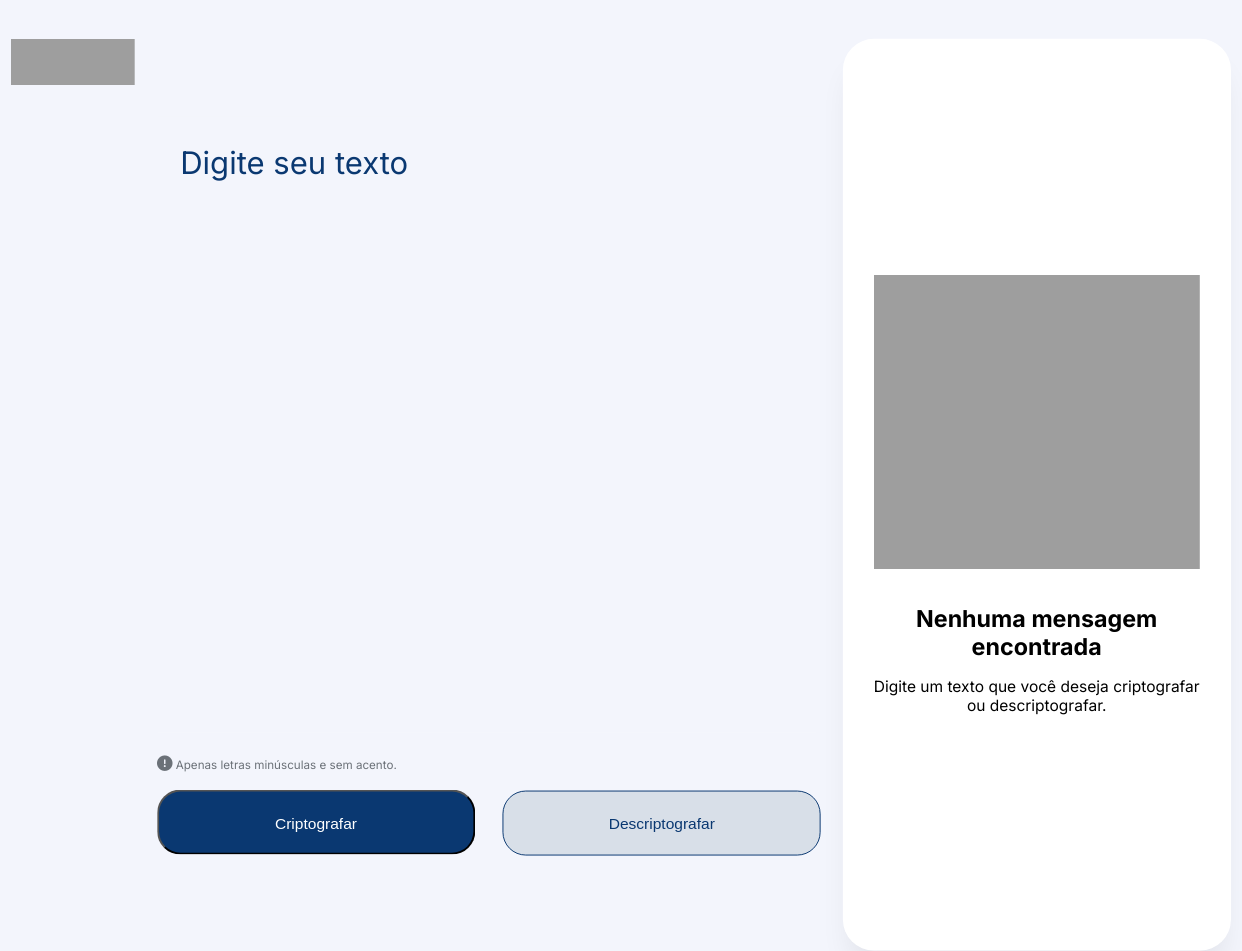
Repository: CarlosEduardoVdeOliveira/descodificador-de-texto
Page: index.html
An editor plug-in stored every save of this project. The page is shown before and after the next save, followed by the edit.
The browser window is 1280 px wide. The pictures show the whole page, at 97% of full size.
Pictures or frames that could not be fetched are drawn as grey boxes.

Above is the page before, as saved 2023-04-12 08:44:04.

### index.html
<!DOCTYPE html>
<html lang="en">
<head>
   <meta charset="UTF-8">
   <link rel="preconnect" href="https://fonts.googleapis.com">
   <link rel="preconnect" href="https://fonts.gstatic.com" crossorigin>
   <meta http-equiv="X-UA-Compatible" content="IE=edge">
   <meta name="viewport" content="width=device-width, initial-scale=1.0">
   <link href="https://fonts.googleapis.com/css2?family=Inter:wght@400;700&display=swap" rel="stylesheet">
   <link rel="stylesheet" href="https://cdnjs.cloudflare.com/ajax/libs/font-awesome/6.4.0/css/all.min.css" integrity="sha512-iecdLmaskl7CVkqkXNQ/ZH/XLlvWZOJyj7Yy7tcenmpD1ypASozpmT/E0iPtmFIB46ZmdtAc9eNBvH0H/ZpiBw==" crossorigin="anonymous" referrerpolicy="no-referrer" />
   <link rel="stylesheet" href="/public/styles/reset.css">
   <link rel="stylesheet" href="/public/styles/index.css">
   <title>Decodificador</title>
</head>
<body>
   <header>
   </header>
   <main>
      <img src="/public/images/imageLogo.png"
         alt="letra a da logo da escola de programação Alura">
      <div class="frist-area">
         <textarea placeholder="Digite seu texto" autofocus></textarea>
         <span>
            <i class="fa-solid fa-circle-exclamation"></i>
            Apenas letras minúsculas e sem acento.
         </span>
         <div>
            <button class="button-cryptography">Criptografar</button>
            <button class="button-decryption">Descriptografar</button>
         </div>
      </div>
      <div class="highlight">
         <img src="/public/images/imageHighLight.svg" alt="">
         <div>
            <h2>Nenhuma mensagem encontrada</h2>
            <p>
               Digite um texto que você deseja criptografar ou descriptografar.
            </p>
         </div>
      </div>
   </main>
</body>
</html>

### public/styles/reset.css
*{
   margin: 0;
   padding: 0;
   box-sizing: border-box;

}
:root{
   --light-gray: #D8DFE8;
   --gray-100: #CED4DA;
   --gray-200: #ADB5BD;
   --gray-300: #868E96;
   --gray-400: #495057;
   --gray-500: #343A40;
   --light-blue-100: #F3F5FC;
   --light-blue-200: #EFF1FA;
   --light-blue-300: #E9ECF8;
   --light-blue-400: #AAB2D5;
   --light-blue-500: #757FB2;
   --dark-blue-100: #609ED4;
   --dark-blue-200: #356EA9;
   --dark-blue-300: #0A3871;
   --dark-blue-400: #072B61;
   --dark-blue-500: #052051;
}
html{
   font-family:  'Inter', sans-serif;
   font-size: 1rem;
}

### public/styles/index.css
header{
   width: 100%;
   height: 2.5rem;
}
body{
   background-color: var(--light-blue-100);
}
img{
   width: 8rem;
   height: 3rem;
}
main {
   display: flex;
   justify-content: space-around;
   align-items: self-start;
   margin: 0 auto;
}
.frist-area{
   display: flex;
   flex-direction: column;
   margin-top: 5rem;
}
textarea{
   width: 42.5rem;
   height: 39.68rem;
   font-family: 'Inter';
   font-size: 32px;
   line-height: 150%;
   background-color: var(--light-blue-100);
   color: var(--dark-blue-300);
   border: none;
   resize: none;
   margin-bottom: 1.5rem;
   padding: 1.5rem;
}
textarea:focus{
   outline: 0;
}

textarea::placeholder{
   color: var(--dark-blue-300);
}

i{
   color: var(--gray-400);
   font-size: 1rem;
}
span{
   font-size: 12px;
   color: var(--gray-400);
   line-height: 150%;
   opacity: 0.8;
   margin-bottom: 1rem;
}
button{
   padding: 1.5rem;
   gap: .5rem;
   width: 328px;
   height: 67px;
   border-radius: 1.5rem;
   cursor: pointer;
   font-size: 1rem;
   line-height: 19px;
   transition: all .2s;
}
.button-cryptography{
   background-color: var(--dark-blue-300);
   color: #FFFFFF;
   margin-right: 1.5rem;
}
.button-cryptography:hover{
   background-color: var(--dark-blue-400);
}
.button-decryption{
   background: var(--light-gray);
   color: var(--dark-blue-300);
   border: 1px solid var(--dark-blue-300);
}
.button-decryption:hover{
   background-color: var(--light-blue-200);
}
.highlight{
   width: 25rem;
   padding: 15.188rem 2rem;
   text-align: center;
   background: #FFFFFF;
   /* shadow */
   box-shadow: 0px 24px 32px -8px rgba(0, 0, 0, 0.08);
   border-radius: 32px;
   /* border: 2px solid black; */
}
.highlight div{
   display: flex;
   flex-direction: column;

   margin-top: 2rem;
   padding: 0px;
   gap: 16px;
}
.highlight img{
   width: 21rem;
   height: 19rem;
}

After the next save:
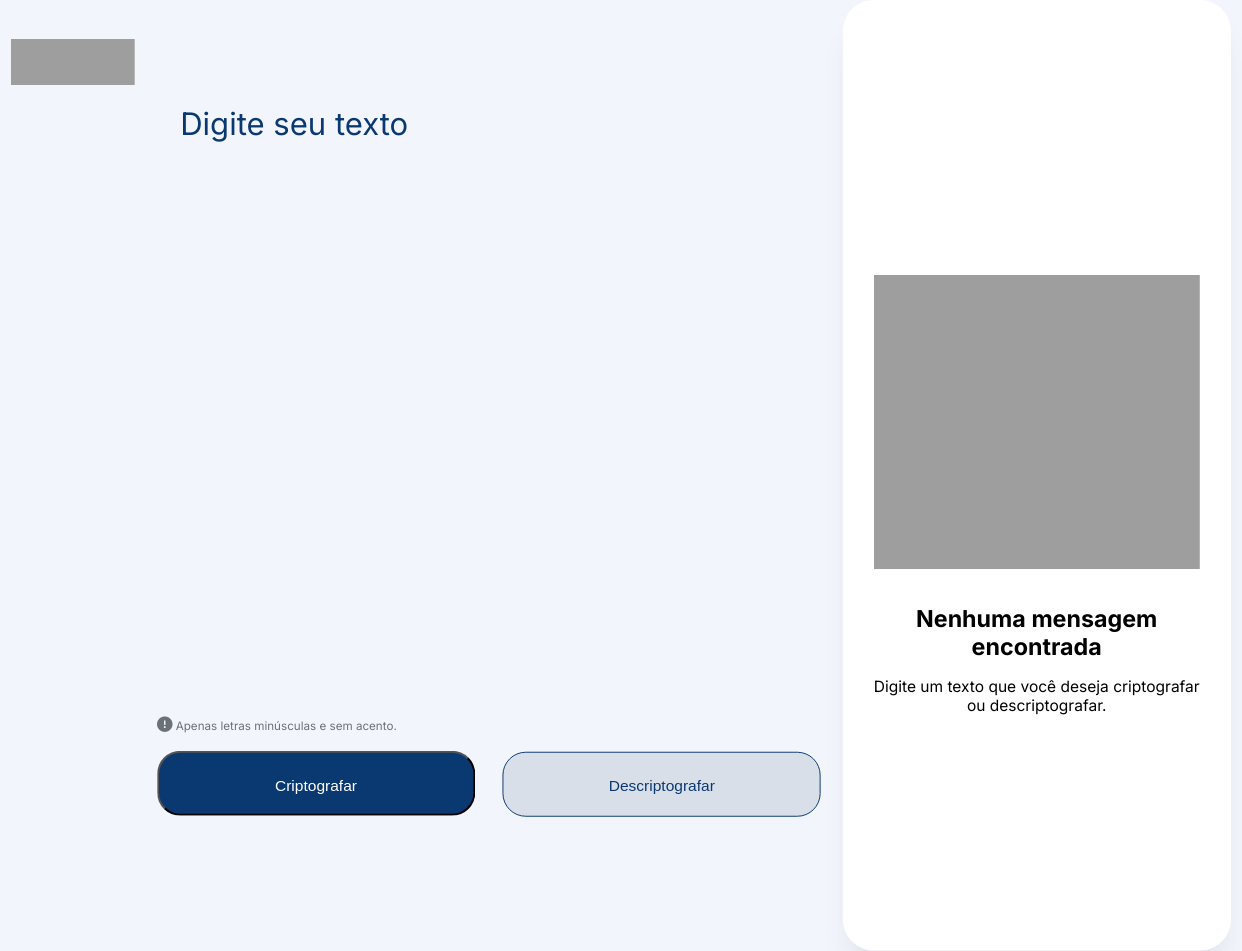
Saved 57 s later.
--- a/public/styles/index.css
+++ b/public/styles/index.css
@@ -1,13 +1,14 @@
-header{
+/* header{
    width: 100%;
    height: 2.5rem;
-}
+} */
 body{
    background-color: var(--light-blue-100);
 }
 img{
    width: 8rem;
    height: 3rem;
+   margin-top: 2.5rem;
 }
 main {
    display: flex;

After the save that followed:
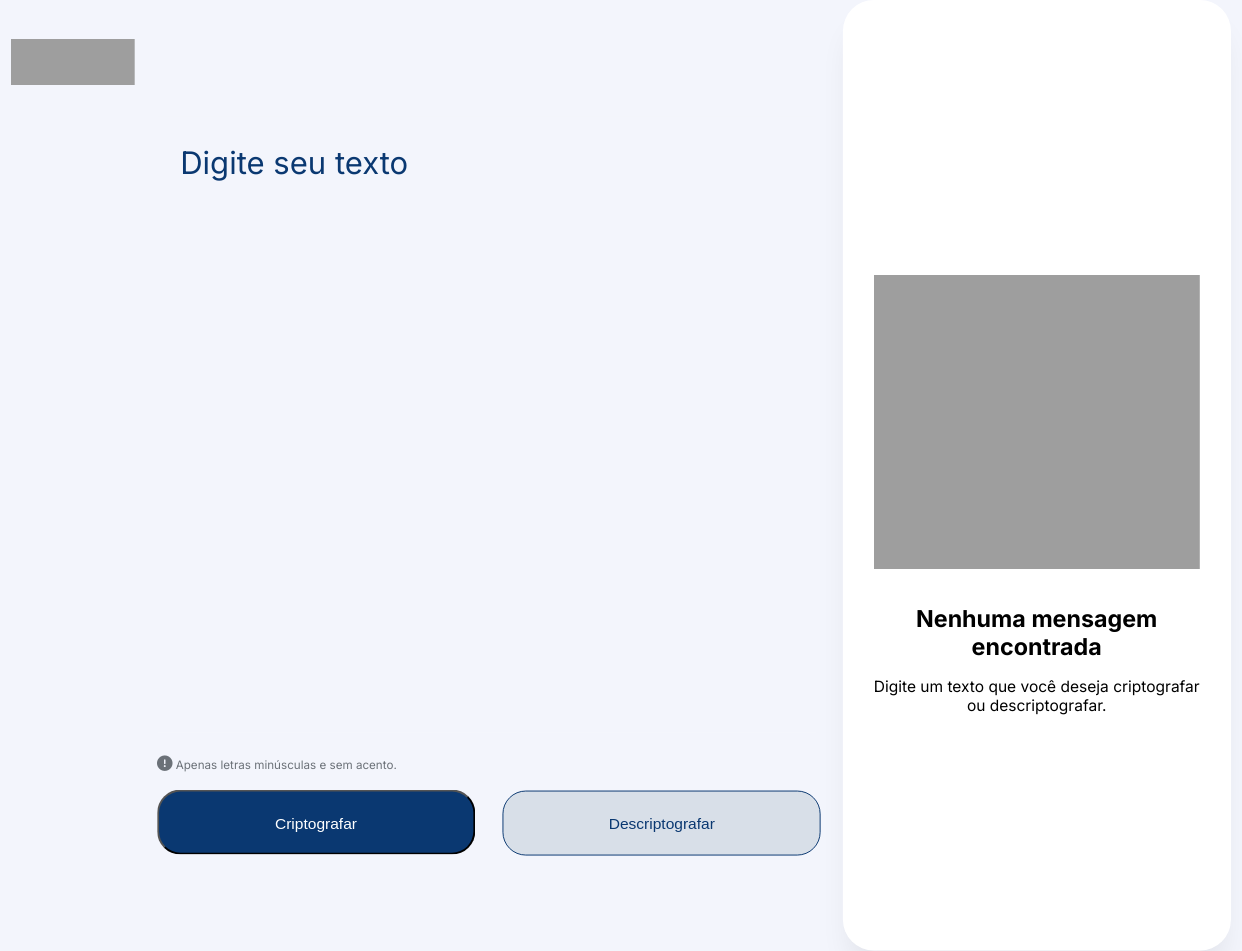
Saved 14 s later.
--- a/public/styles/index.css
+++ b/public/styles/index.css
@@ -19,7 +19,7 @@ main {
 .frist-area{
    display: flex;
    flex-direction: column;
-   margin-top: 5rem;
+   margin-top: 7.5rem;
 }
 textarea{
    width: 42.5rem;
